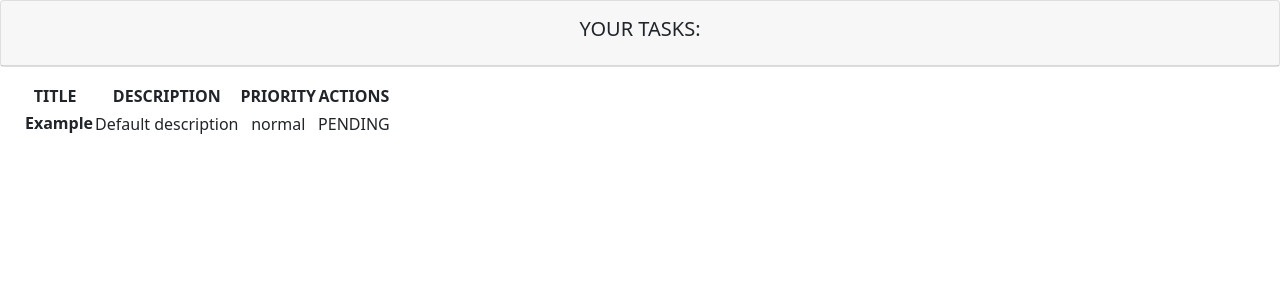
Repository: abgdev1997/proyecto-evo
Page: /tasks
An editor plug-in stored every save of this project. The page is shown before and after the next save, followed by the edit.
The browser window is 1280 px wide. The pictures show the whole page.
The project was rebuilt for these pictures with package versions that can differ from the ones it lists, and the page was loaded fresh each time. Also part of the build but not shown: src/index.css.

Above is the page before, as saved 2022-01-27 10:42:39.

### src/index.js
import React from 'react';
import ReactDOM from 'react-dom';
import 'bootstrap/dist/css/bootstrap.css';
import 'bootstrap-icons/font/bootstrap-icons.css';
import './index.css';
import App from './App';

ReactDOM.render(
  <React.StrictMode>
    <App />
  </React.StrictMode>,
  document.getElementById('root')
);

### src/App.js
import './App.css';
import TaskList from './components/container/task_list';

function App() {
  return (
    <div className="App">
        {/* Componente de listado de tareas */}
        <TaskList></TaskList>
    </div>
  );
}

export default App;

### src/components/container/task_list.jsx
import React, {useState, useEffect} from 'react';
import {Task} from '../../models/levels.class'
import { LEVELS } from '../../models/levels.enum';
import TaskComponent from '../pure/task_component'

const TaskList = () => {

    const defaultTask = new Task('Example', 'Default description', false, LEVELS.NORMAL);

    //Estados del componente
    const [tasks, setTasks] = useState([defaultTask]);
    const [loading, setLoading] = useState(true);

    //Control de ciclo de vida del componente
    useEffect(() => {
        console.log('Task State has been modified');
        setLoading(false);
        return () => {
            console.log('TaskList component is going to unmount');
        };
    }, [tasks]);

    const changeCompleted = (id) => {
        {/*TODO: Cambiar estado de una tarea'*/}
    }

    return (
        <div>
            {/* Dividimos el contenedor en 12 columnas */}
            <div className='col-12'>
                {/* Usamos la class card */}
                <div className='card'>
                    {/* CARD HEADER (TITLE) */}
                    {/* card-header es la cabecera de la carta, p-3 es padding 3 */}
                    <div className='card-header p-3 '>
                        <h5>
                            YOUR TASKS:
                        </h5>
                    </div>
                </div>
                {/* CARD BODY (CONTENT) */}
                <div className='card-body' data-mdb-perfect-scrollbar='true' style={ {position: 'relative', height:'400px'} }>
                    <table>
                        <thead>
                            <tr>
                                <th scope='col'>TITLE</th>
                                <th scope='col'>DESCRIPTION</th>
                                <th scope='col'>PRIORITY</th>
                                <th scope='col'>ACTIONS</th>
                            </tr>
                        </thead>
                        <tbody>
                            {/* TODO: Aplicar un For/Map para renderizar una lista */}
                            <TaskComponent task={defaultTask}></TaskComponent>
                        </tbody>
                    </table>
                </div>
            </div>
        </div>
    );
};


export default TaskList;

### src/models/levels.class.js
import { LEVELS } from "./levels.enum";

export class Task {
    name = 'o';
    description = '';
    completed = false;
    level = LEVELS.NORMAL;

    constructor(name, description, completed, level){
        this.name = name;
        this.description = description;
        this.completed = completed;
        this.level = level;
    }
}

### src/models/levels.enum.js
export const LEVELS = {
    NORMAL: 'normal',
    URGENT: 'urgent',
    BLOCKING:'blocking',
}

### src/components/pure/task_component.jsx
import React, {useEffect} from 'react';
import PropTypes from 'prop-types';
import { Task } from '../../models/levels.class';


const TaskComponent = ({task}) => {

    useEffect(() => {
        console.log('Created task')
        return () => {
            console.log(`Task: ${task.name} is going to unmount...`)
        };
    }, [task]);

    return (

        <tr className='fw-normal'>
            <th>
                {/* ms-2 Margin 2 */}
                <span className='ms-2'>{task.name}</span>
            </th>
            <td>
                {/* align-middle alinea al centro */}
                <span className='align-middle'>{task.description}</span>
            </td>
            <td>
                {/* TODO: Sustituir por un badge */}
                <span className='align-middle'>{task.level}</span>
            </td>
            <td>
                {/* TODO: Sustituir por iconos */}
                <span className='align-middle'>{task.completed ? 'COMPLETED' : 'PENDING'}</span>
            </td>
        </tr>

        // <div>
        //     <h2>
        //         Name: {task.name}
        //     </h2>
        //     <h3>
        //         Description: {task.description}
        //     </h3>
        //     <h4>
        //         Level: {task.level}
        //     </h4>
        //     <h5>
        //         This task is: {task.completed ? 'COMPLETED' : 'PENDING'}
        //     </h5>
        // </div>
    );
};


TaskComponent.propTypes = {
    task: PropTypes.instanceOf(Task)
};


export default TaskComponent;

Loaded but not shown: public/index.html (common file); src/App.css (common file)

After the next save:
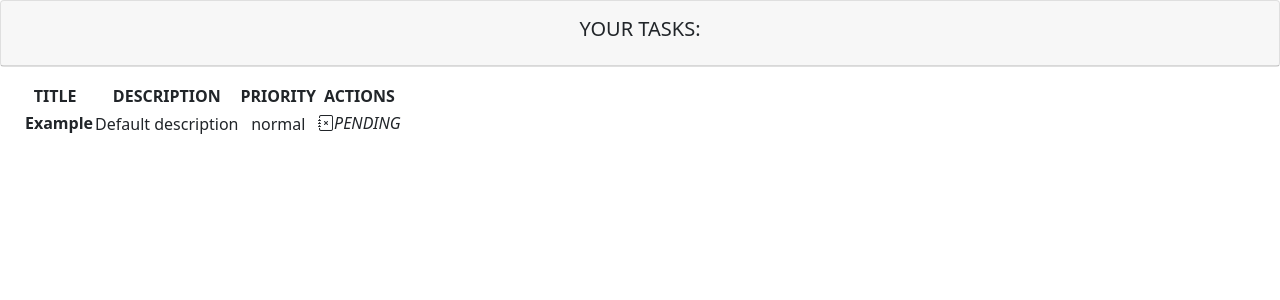
Saved 11 min 52 s later.
--- a/src/components/pure/task_component.jsx
+++ b/src/components/pure/task_component.jsx
@@ -28,8 +28,11 @@ const TaskComponent = ({task}) => {
                 <span className='align-middle'>{task.level}</span>
             </td>
             <td>
-                {/* TODO: Sustituir por iconos */}
-                <span className='align-middle'>{task.completed ? 'COMPLETED' : 'PENDING'}</span>
+                {/* <span className='align-middle'>{task.completed ? 'COMPLETED' : 'PENDING'}</span> */}
+                { task.completed ?
+                    (<i className='bi bi-journal-check'>COMPLETED</i>)
+                    : (<i className='bi bi-journal-x'>PENDING</i>)
+                }
             </td>
         </tr>
 
